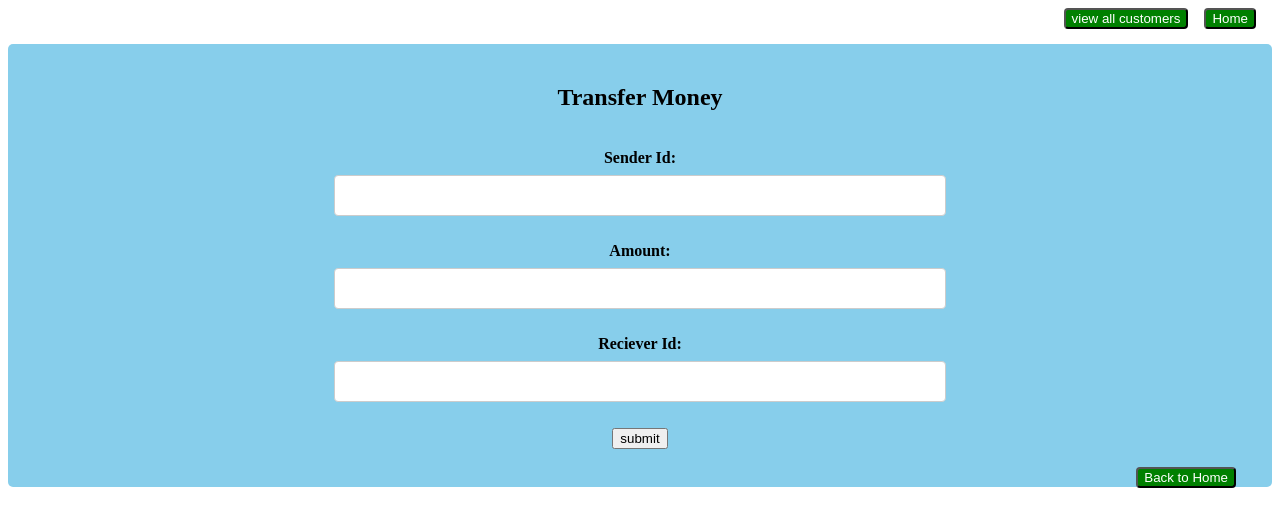
Repository: BarnalaManognaram/sparxintern
Page: sparx_internship/sparx/src/main/webapp/transfer.html
An editor plug-in stored every save of this project. The page is shown before and after the next save, followed by the edit.
The browser window is 1280 px wide. The pictures show the whole page.

Above is the page before, as saved 2021-09-19 16:44:39.

### sparx_internship/sparx/src/main/webapp/transfer.html
<!DOCTYPE html>
<html>
<head>
<meta charset="ISO-8859-1">
<title>transfer</title>
<link rel="stylesheet" href="home.css">
</head>
<body>
<a href="home.html"><button class="button1">Home</button></a>
<a href="Customer"><button class="button1">view all customers</button></a><br><br>
  <center>
  <div class="back">
   <h2>Transfer Money</h2><br>
    <b>Sender Id:</b><br><input  type="text" name="sid" /><br><br>
    <b>Amount:</b><br><input  type="text" name="tm"/><br><br>
    <b>Reciever Id:</b><br><input type="text" name="rid"/><br><br>
    <input type="button" value="submit"/><br><br>
      <a href="home.html"><button class="button1">Back to Home</button></a>
    </div>

  </center>
</body>
<style>
input[type=text], select {
  width: 50%;
  padding: 12px 20px;
  margin: 8px 0;
  display: inline-block;
  border: 1px solid #ccc;
  border-radius: 4px;
  box-sizing: border-box;
}

input[type=submit] {
  width: 50%;
  background-color:skyblue;
  color: white;
  padding: 14px 20px;
  margin: 8px 0;
  border: none;
  border-radius: 4px;
  cursor: pointer;
}



div {
  border-radius: 5px;
  background-color: skyblue;
  padding: 20px;
}
</style>
</html>

### sparx_internship/sparx/src/main/webapp/home.css
@charset "ISO-8859-1";
.button{
	background-color:green;
	color: white;
	border-radius: 8px;
		margin-left:690px;
}
.button1{
	background-color:green;
	color: white;
	border-radius: 4px;
	float: right;
	margin-right:16px;
}
.heading{
	color:green;
}
.bottom{
	background-color:skyblue;
	border-radius: 8px;

}

.table {
  font-family: arial, sans-serif;
  border-collapse: collapse;
  width: 100%;
}

.td {
  border: 1px solid #dddddd;
  text-align: left;
  padding: 8px;
}

.tr:nth-child(even) {
  background-color: #dddddd;
}

After the next save:
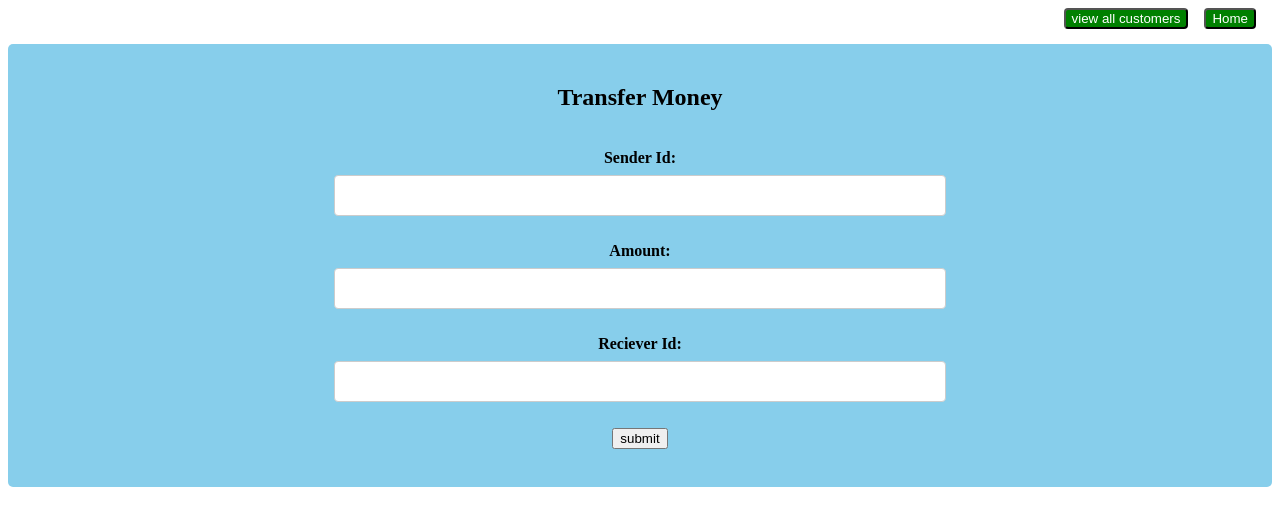
Saved 18 s later.
--- a/sparx_internship/sparx/src/main/webapp/transfer.html
+++ b/sparx_internship/sparx/src/main/webapp/transfer.html
@@ -15,7 +15,7 @@
     <b>Amount:</b><br><input  type="text" name="tm"/><br><br>
     <b>Reciever Id:</b><br><input type="text" name="rid"/><br><br>
     <input type="button" value="submit"/><br><br>
-      <a href="home.html"><button class="button1">Back to Home</button></a>
+
     </div>
 
   </center>
